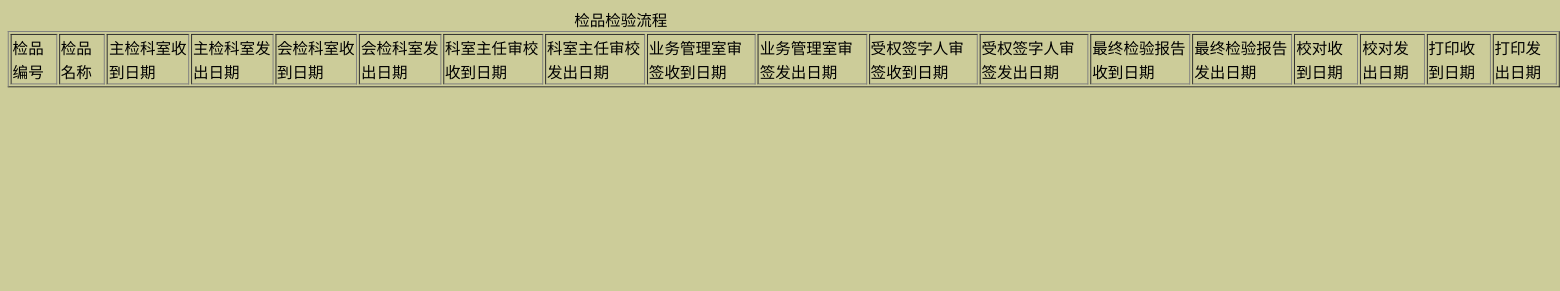
Repository: Shaoxubao/Java
Page: http://localhost/msm/jsp/checker/list_sampleflow.jsp
An editor plug-in stored every save of this project. The page is shown before and after the next save, followed by the edit.
The browser window is 1280 px wide. The page is 1608 px wide, so the pictures cover 1608 px, including what lies to the right of the window. The pictures show the whole page, at 97% of full size.
The page is served by Tomcat 9. Nobody is signed in. The application's start-up code is not run. The template is opened directly, without the code that normally fills it, so the values that code supplies are empty.

Above is the page before, as saved 2015-06-10 08:56:23.

After the next save:
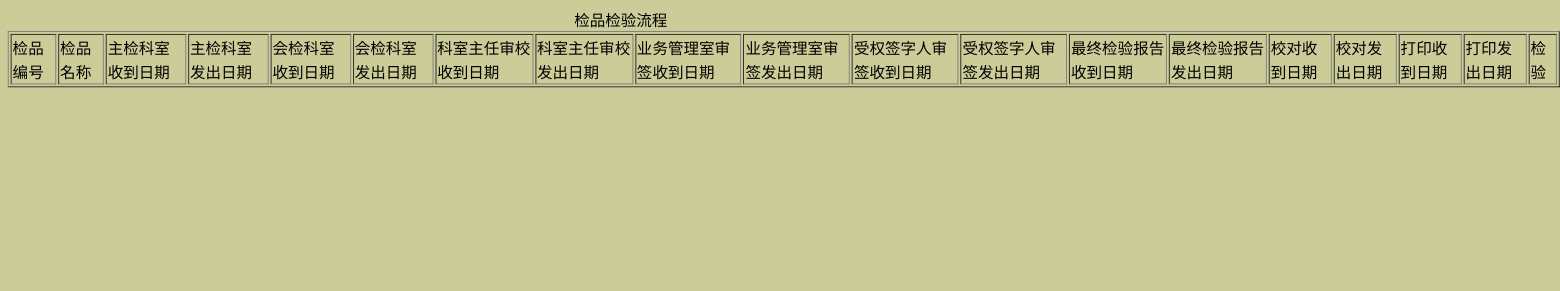
Saved 35 min 39 s later.
--- a/msm/WebContent/jsp/checker/list_sampleflow.jsp
+++ b/msm/WebContent/jsp/checker/list_sampleflow.jsp
@@ -19,7 +19,7 @@
         <td>受权签字人审签收到日期</td><td>受权签字人审签发出日期</td>
         <td>最终检验报告收到日期</td><td>最终检验报告发出日期</td>
         <td>校对收到日期</td><td>校对发出日期</td>
-        <td>打印收到日期</td><td> 打印发出日期</td>
+        <td>打印收到日期</td><td> 打印发出日期</td><td>检验</td>
       </tr>
       <c:if test="${pagers.total le 0 }">
         <tr>
